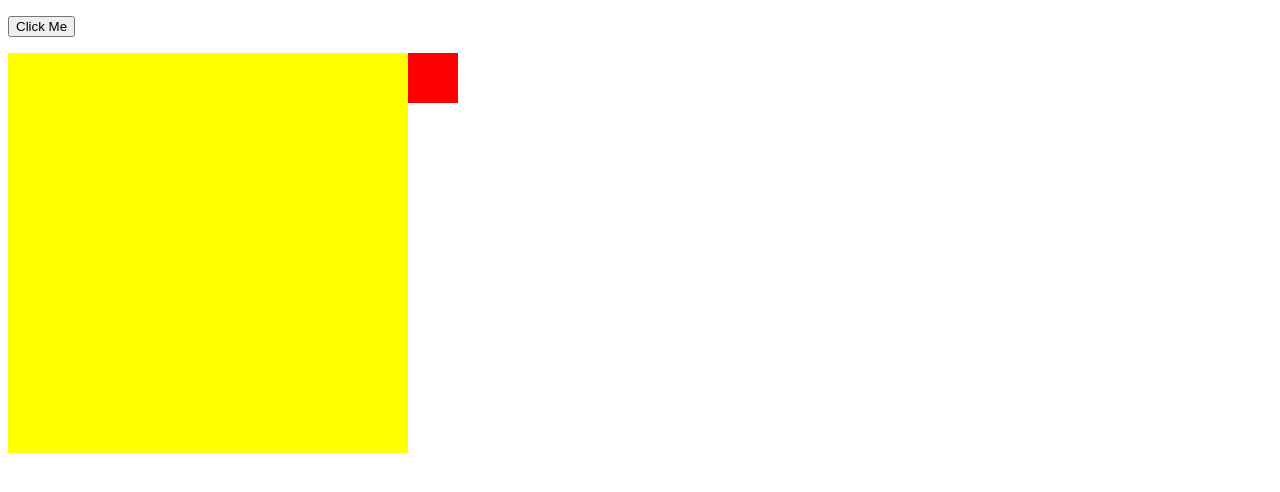
Repository: jcohenp/DI_Exercises
Page: W3/D3/normal/ex_1/index.html
The author's editor kept a copy of each file at every save. The page is drawn from the files as they stood at one save, then again after the next save.
The browser window is 1280 px wide. The pictures show the whole page.
After loading, the first visible `button` was clicked once.

Above is the page before, as saved 2020-08-25 15:26:36.

### W3/D3/normal/ex_1/index.html
<!DOCTYPE html>
<html lang="en">

<head>
    <meta charset="UTF-8">
    <meta name="viewport" content="width=device-width, initial-scale=1.0">
    <title>Document</title>
    <style>
        #container {
            width: 400px;
            height: 400px;
            position: relative;
            background: yellow;
        }

        #animate {
            width: 50px;
            height: 50px;
            position: absolute;
            background-color: red;
        }
    </style>
</head>

<body>
    <p><button onclick="myMove()">Click Me</button></p>
    <div id="container">
        <div id="animate"></div>
    </div>
    <script src="./js/script.js"></script>
</body>

</html>

### W3/D3/normal/ex_1/js/script.js
function myMove() {
    let box = document.getElementById("animate");
    let container = document.getElementById("container");
    container.style.position = "relative";
    box.style.position = "absolute";
    box.style.width = "50px"
    let speed = 1;
    var pos = 0;
    var id = setInterval(frame, 5);

    function frame() {
        if (pos == 100) {
            clearInterval(id);
        } else {
            pos += speed;
            box.style.left = pos + "%"
        }
    }

}

After the next save:
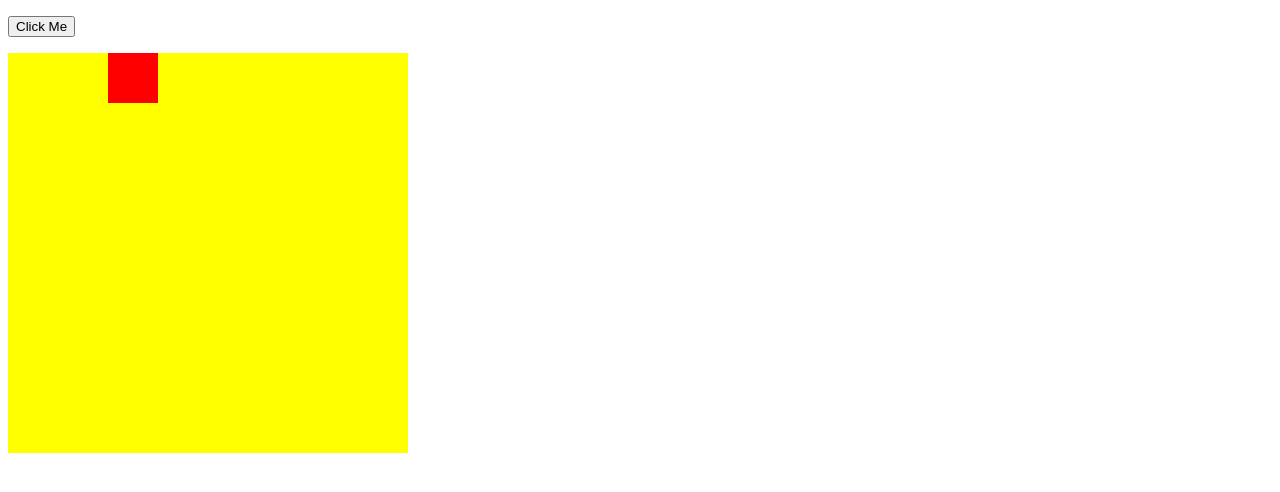
Saved 4 s later.
--- a/W3/D3/normal/ex_1/js/script.js
+++ b/W3/D3/normal/ex_1/js/script.js
@@ -13,7 +13,7 @@ function myMove() {
             clearInterval(id);
         } else {
             pos += speed;
-            box.style.left = pos + "%"
+            box.style.left = pos + "px"
         }
     }
 
